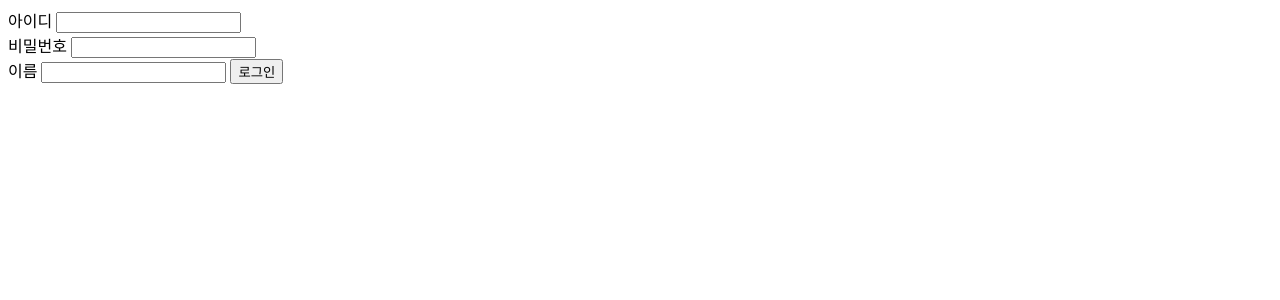
Repository: j-hee-98/Servlet-JSP
Page: http://localhost/WS_0415/login/LoginForm.jsp
These files come from the project's save history. The page is drawn as it stood at one moment and after the next save; the edit follows.
The browser window is 1280 px wide. The pictures show the whole page.
The page is served by Tomcat 10. Other server files are loaded and not shown.

Above is the page before, as saved 2025-04-15 07:33:59.

### WS_0415/src/main/webapp/login/LoginForm.jsp
<%@ page language="java" contentType="text/html; charset=UTF-8"
    pageEncoding="UTF-8"%>
<!DOCTYPE html>
<html>
<head>
<meta charset="UTF-8">
<title>Insert title here</title>
</head>
<body>
	<form action="login"  method="post">
		<label for="id">아이디</label>
		<input type="id"  name="id"> <br>

		<label for="password">비밀번호</label>
		<input type="password"  name="pwd"> <br>

		<label for="name">이름</label>
		<input type="text"  name="name">
		<button type="submit">로그인</button>
	</form>
</body>
</html>

After the next save:
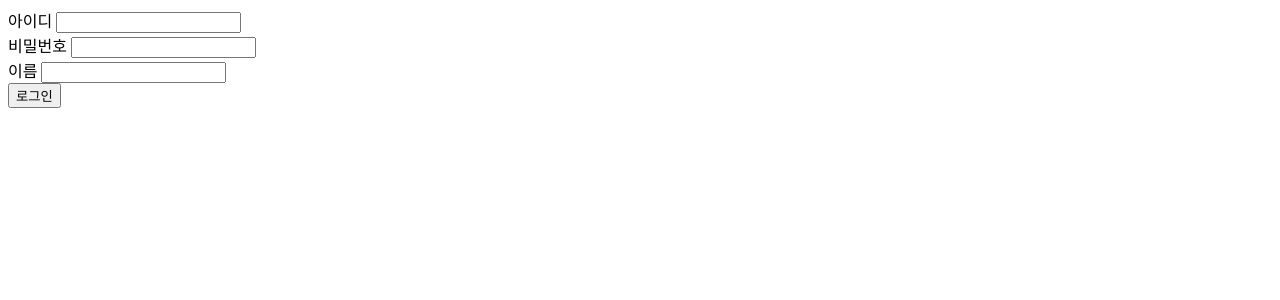
Saved 6 s later.
--- a/WS_0415/src/main/webapp/login/LoginForm.jsp
+++ b/WS_0415/src/main/webapp/login/LoginForm.jsp
@@ -15,7 +15,7 @@
 		<input type="password"  name="pwd"> <br>
 
 		<label for="name">이름</label>
-		<input type="text"  name="name">
+		<input type="text"  name="name"><br>
 		<button type="submit">로그인</button>
 	</form>
 </body>
